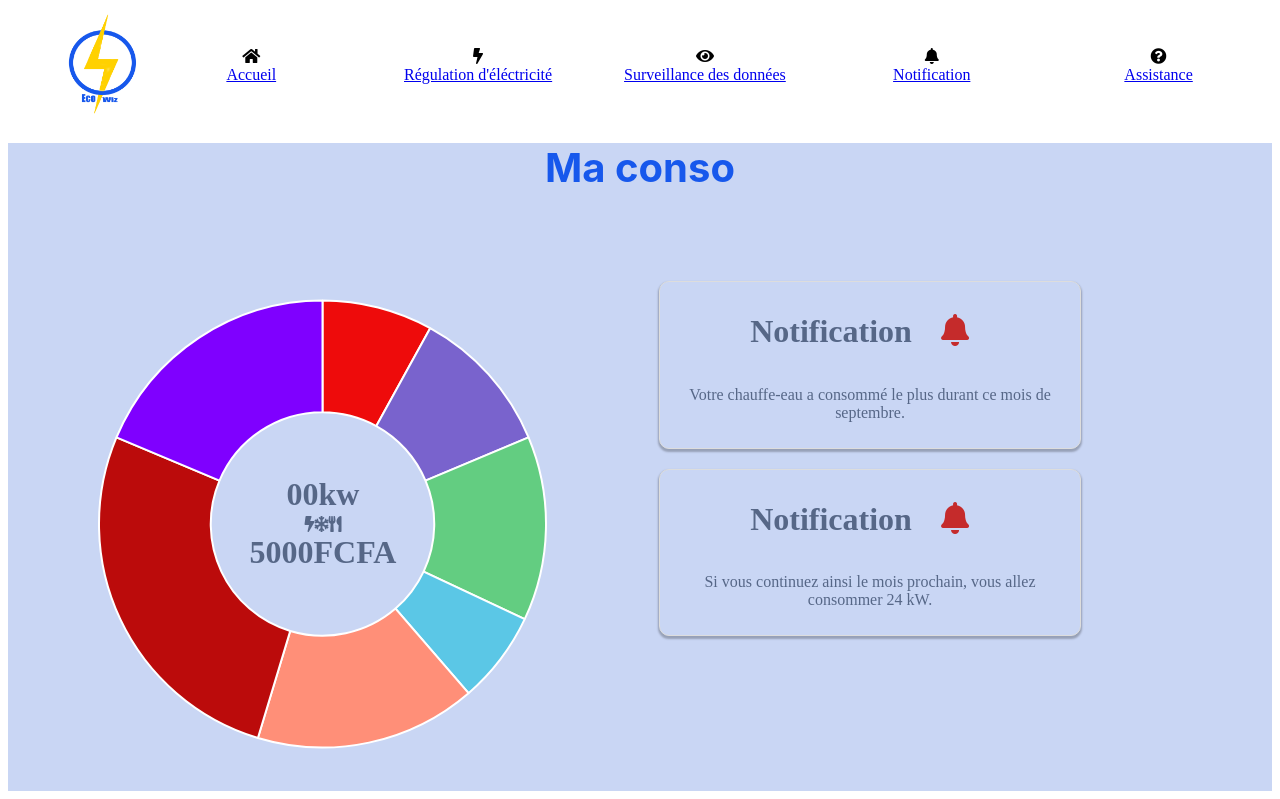
Repository: hamdia200/OSC-Ecowiz
Page: http://localhost/accueil
These files come from the project's save history. The page is drawn as it stood at one moment and after the next save; the edit follows.
The browser window is 1280 px wide. The pictures show the whole page.
The page is served by the project's Laravel application, run on PHP 8.4 with Laravel 10.

Above is the page before, as saved 2023-08-22 22:57:48.
Console error: TypeError: myChart._getArcLength is not a function

After the next save:
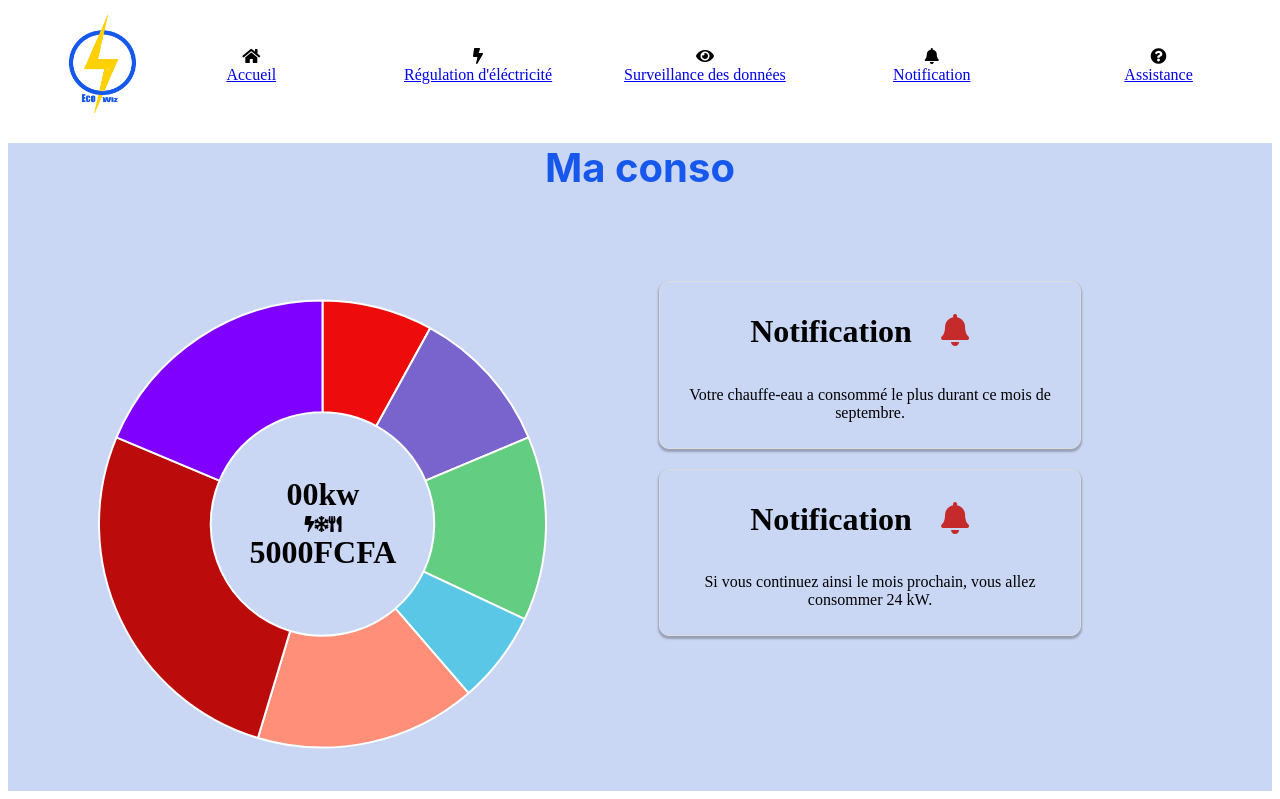
Saved 76 s later.
--- a/resources/views/accueil.blade.php
+++ b/resources/views/accueil.blade.php
@@ -15,7 +15,6 @@
             background-color: #C9D6F4;
             max-width: 100%;
             height: 90vh;
-            color: #566787;
 
 
 
